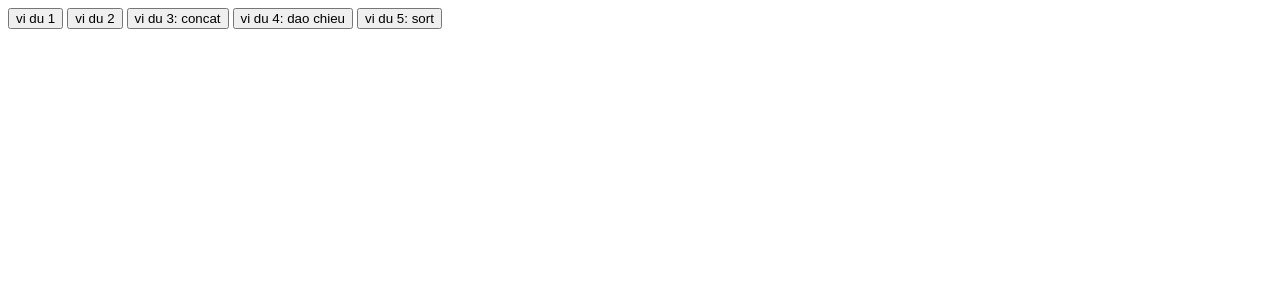
Repository: thanhp6868/ltWeb
Page: 1810/vidu/index.html
An editor plug-in stored every save of this project. The page is shown before and after the next save, followed by the edit.
The browser window is 1280 px wide. The pictures show the whole page.

Above is the page before, as saved 2023-10-18 14:13:14.

### 1810/vidu/index.html
<!DOCTYPE html>
<html lang="en">
<head>
    <meta charset="UTF-8">
    <meta name="viewport" content="width=device-width, initial-scale=1.0">
    <title>vi du</title>
    <script type="text/javascript" src="vidu.js"></script>
</head>
<body>
    <button onclick="arraytest(false)">vi du 1</button>
    <button onclick="arraytest2()">vi du 2</button>
    <button onclick="concat_VD()">vi du 3: concat</button>
    <button onclick="daochieu()">vi du 4: dao chieu</button>
    <button onclick="arraytest(true)">vi du 5: sort</button>



</body>
</html>

### 1810/vidu/vidu.js
function testreturn(x) {
    var i = 0;
    while (i < 6) {
        if (i == 3)
            break
        i++
    }
    document.write(i * x);
    return (i * x);
}

function arraytest(sort) {
    myArray = new Array(3);
    myArray[0] = "Ha Noi";
    myArray[1] = "Da Nang";
    myArray[2] = "Ho Chi Minh";
    if(sort)
        myArray.sort();
    for (var i in myArray)
    document.writeln(myArray[i] + "<BR>")


}
function arraytest2() {
    a = new Array("a", "b", "c");
    a1 = a.join(); // gán "a,b,c" vào a1
    a2 = a.join(","); // gán "a,b,c" vào a2
    a3 = a.join("+"); // gán "a+b+c" vào a1
    document.writeln(a1 + "<BR>");
    document.writeln(a2 + "<BR>");
    document.writeln(a3 + "<BR>");
}
function concat_VD() {
    a = new Array ("a","b", "c")
b = new Array (1,2,3)
ab = a.concat(b);
    for (var i in ab)
        document.writeln(ab[i] + ", ");
}
function daochieu(){
    a = new Array("1", "2","3");
    a.reverse();
    for (var i in a)
        document.writeln(a[i] + "<BR>");
}

After the next save:
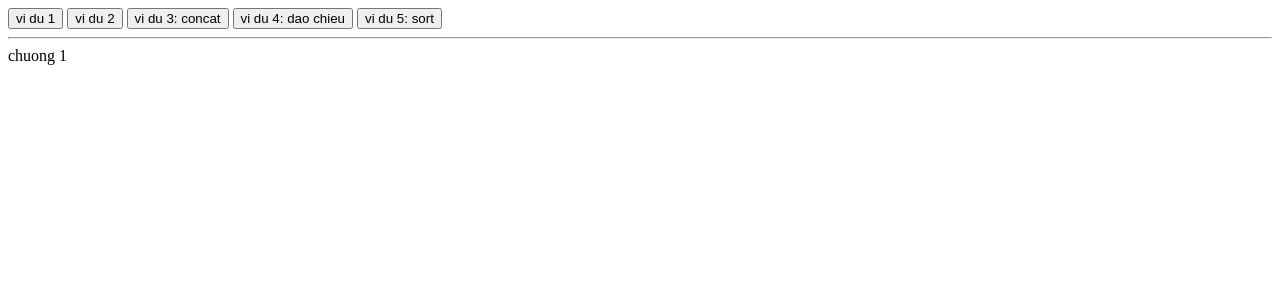
Saved 2 min 40 s later.
--- a/1810/vidu/index.html
+++ b/1810/vidu/index.html
@@ -12,7 +12,8 @@
     <button onclick="concat_VD()">vi du 3: concat</button>
     <button onclick="daochieu()">vi du 4: dao chieu</button>
     <button onclick="arraytest(true)">vi du 5: sort</button>
-
+<hr>
+    chuong 1
 
 
 </body>
